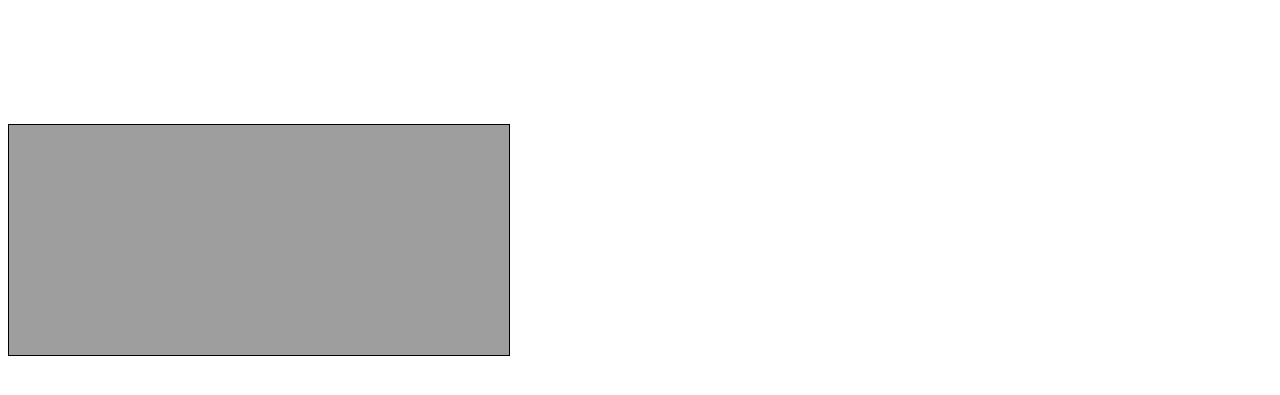
Repository: Tranduchieu2002/FlappyBird
Page: Flappy.html
The author's editor kept a copy of each file at every save. The page is drawn from the files as they stood at one save, then again after the next save.
The browser window is 1280 px wide. The pictures show the whole page.

Above is the page before, as saved 2021-09-14 15:01:56.

After the next save:
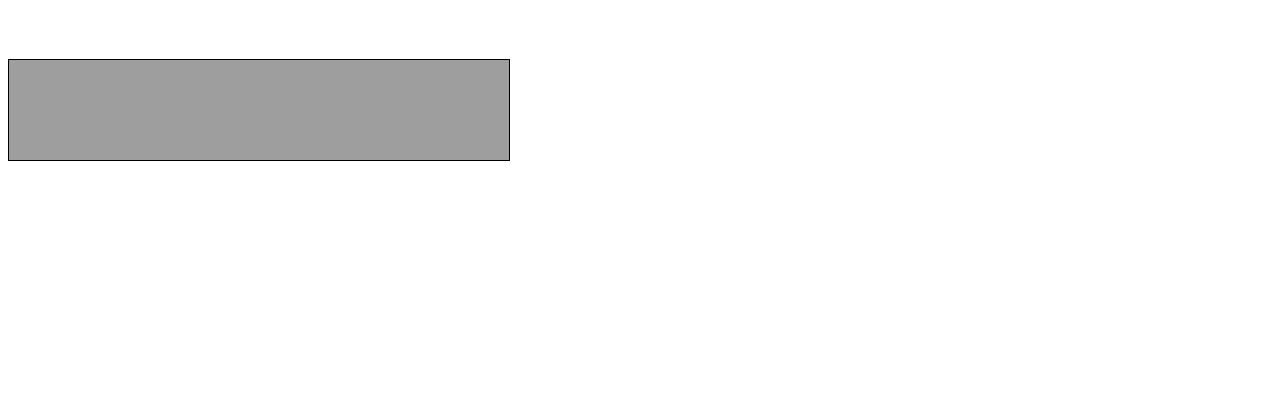
Saved 18 s later.
--- a/Flappy.html
+++ b/Flappy.html
@@ -13,7 +13,7 @@
    </style>
 </head>
 <body>
-   <canvas id="canvas" width="500px" height="230px">
+   <canvas id="canvas" width="500px" height="100%">
 
    </canvas>
    <script src="index.js"></script>
